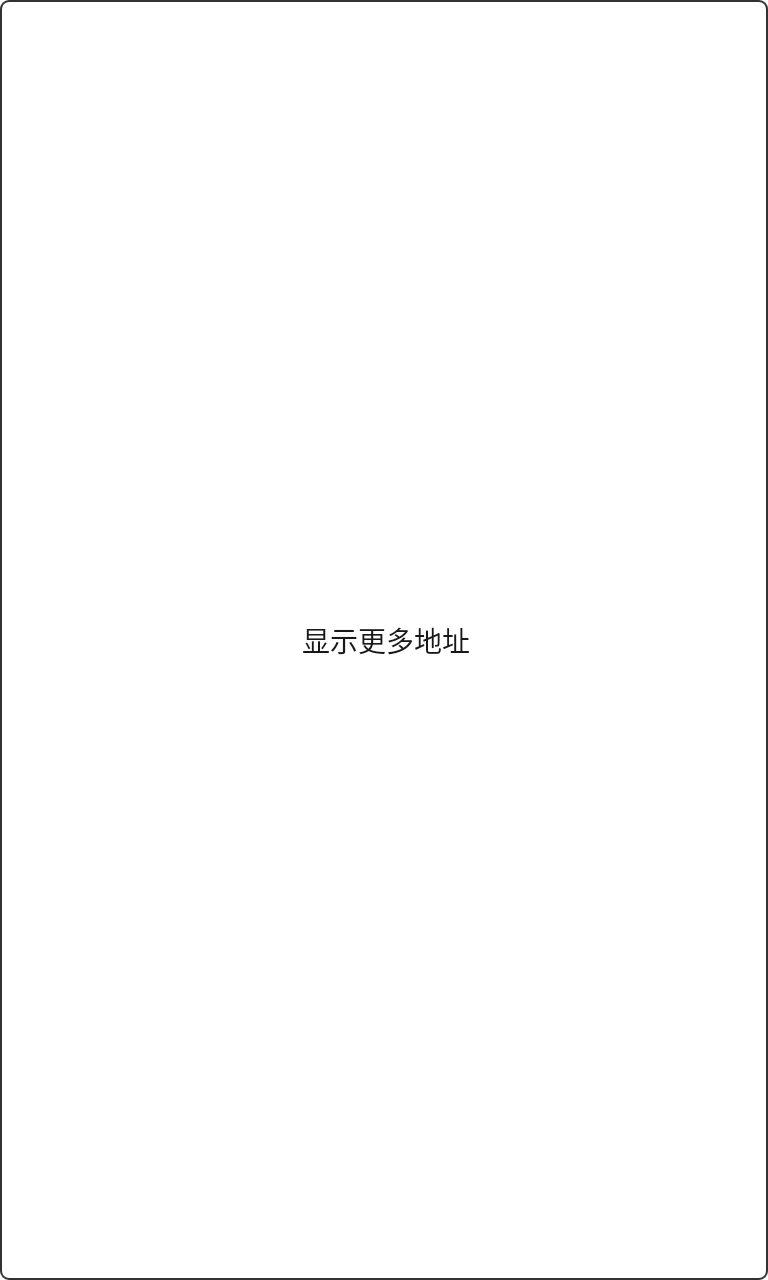
Repository: jornel/Jianjian
Layout: android/res/layout/venue_list_footer.xml
These files come from the project's save history. The layout is drawn as it stood at one moment and after the next save; the edit follows.
It is drawn on a 768 x 1280 px phone screen (xhdpi) without system bars, with theme JianjianTheme; the app's code is not run.

Above is the layout before, as saved 2011-06-05 16:28:12.

After the next save:
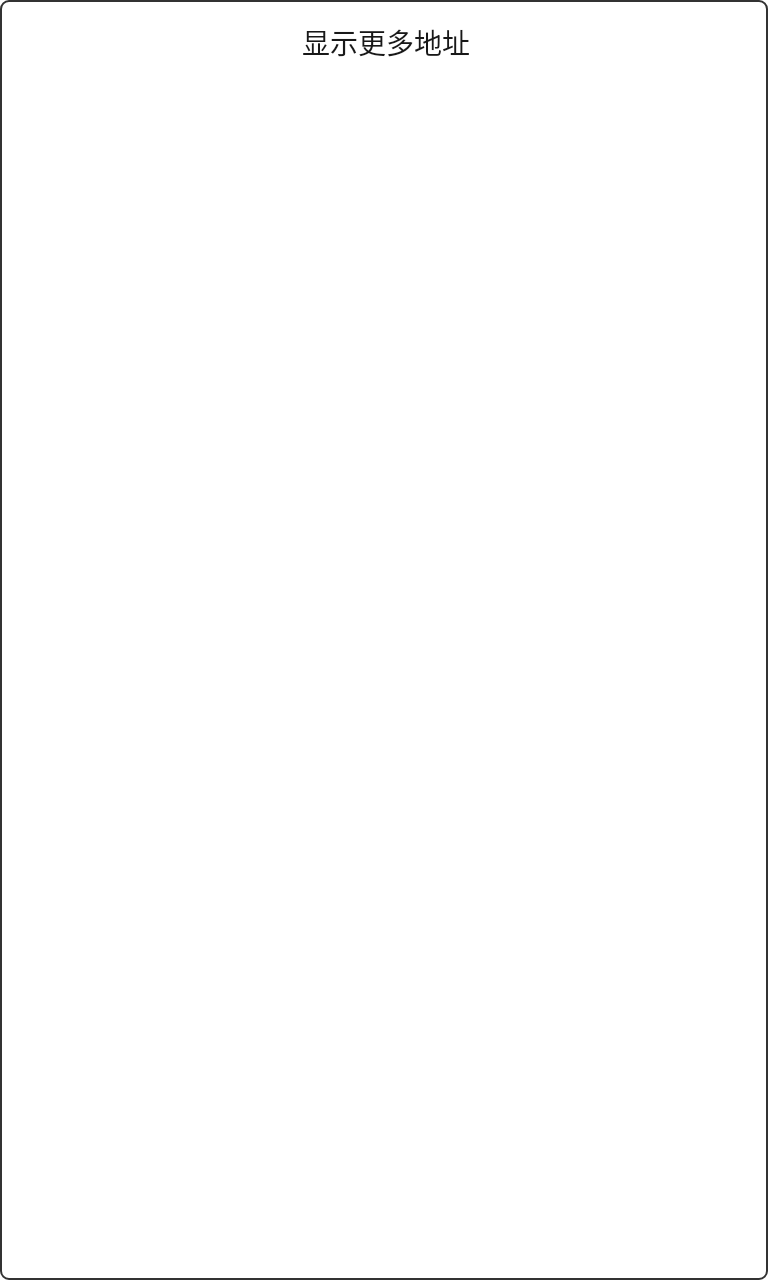
Saved 31 s later.
--- a/android/res/layout/venue_list_footer.xml
+++ b/android/res/layout/venue_list_footer.xml
@@ -4,8 +4,6 @@
     android:id="@+id/venueloadingMoreVenueButton"
     android:layout_width="fill_parent"
     android:layout_height="wrap_content"
-    android:orientation="horizontal"
-    android:gravity="center_vertical"
     android:paddingTop="5dip"
     android:paddingBottom="5dip"
     android:focusable="true"
